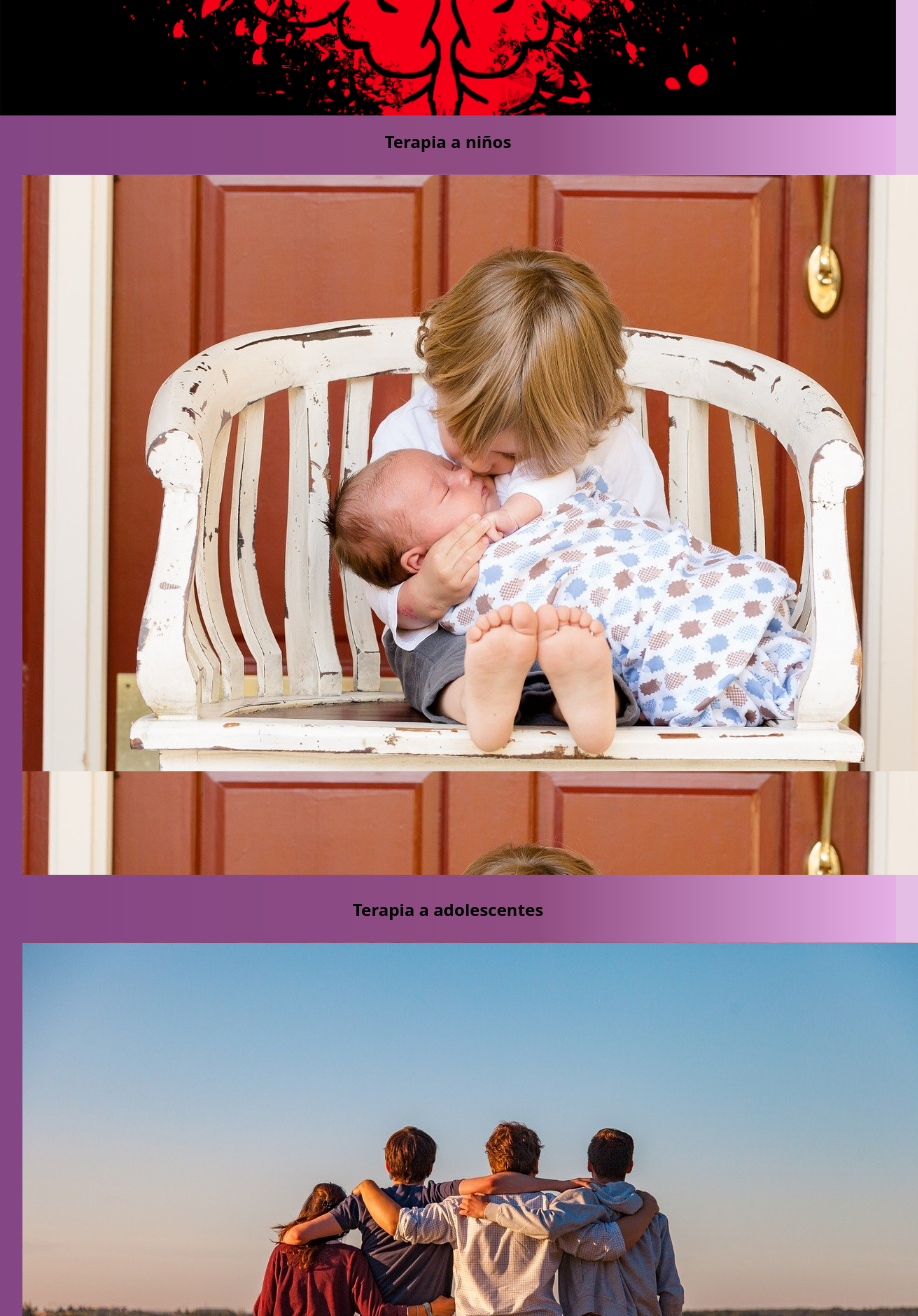
Repository: Jogalso/webPsicologa
Page: /
An editor plug-in stored every save of this project. The page is shown before and after the next save, followed by the edit.
The browser window is 1280 px wide. The page is 1312 px wide, so the pictures cover 1312 px, including what lies to the right of the window. The pictures show the part of the page from y = 1377 to 3257 px (the page is 5364 px tall before and 5352 px after), at 70% of full size.
Backgrounds fixed to the window are drawn as part of the page. The project was rebuilt for these pictures with package versions that can differ from the ones it lists, and the page was loaded fresh each time. Some packages were replaced by stand-ins written for this rebuild. The framework's server and built-in components were replaced by stand-ins that run in the browser.

Above is the page before, as saved 2021-07-13 10:06:08.

### pages/index.js
import React from 'react'
import Layout from '../components/Layout'

import Header from '../components/Header'
import Terapias from '../components/Terapias'
import FormularioContacto from '../components/FormularioContacto'

export default function index() {
    return (
        <div>
            <Layout>
                <Header />
                <Terapias />
                <FormularioContacto />
            </Layout>
        </div>
    )
}

### components/Layout.jsx
('use strict')
import Link from 'next/link';
import Head from 'next/head';
import React from 'react'

function Layout(props) {
    const {children, title} = props;
    return <div>
    <Head >
    <title>Terapia Gestalt: {title}</title>
        <meta name="viewport" content="width=device-width, initial-scale=1"></meta>
    </Head>
    {/* <header>
    <Link href={vuelta} activeClassName="active">
                <a className="headerLink">
                    <img className="header_Img" src="../imagenes/back.png" />
                </a>
            </Link>
    <Link href="/">
                <a className="headerLink">
                <img  className="header_Img" src="../imagenes/home.png" />
                </a>
    </Link>

    </header> */}
        {children}
    <style jsx global>
    {`
    html{
        background: #E5BEE6;
        margin: 0px;
    }
    `}
    </style>
    <style jsx global>
        { `
           body{
               margin: 0px;
               font-family: system-ui;
           }
        `}
    </style>
</div>
}

export default Layout

### components/Header.jsx
import React from 'react'
//#844685
export default function Header() {
    return (
        <div>
            <div className="Header">
                <p className="InfoTerapetua">
                    <img className="InfoTerapetua__img" src="../imagenes/principal.png" />
                    <h2>Feli Scott Corbera</h2>
                </p>
            </div>

            <style>
                {`
                    .Header{
                        background: linear-gradient(90deg, #844685 0, #904D82 60%, #E5AFE6);
                        display: flex;
                        justify-content: left;
                        border-bottom-right-radius: 3em;
                        border-bottom-left-radius: 3em;
                    }
                    .InfoTerapetua{
                        margin-left: 3em;
                    }
                    .InfoTerapetua__img{
                        height: 8em;
                        width: auto;
                    }
                `}
            </style>
        </div>
    )
}

### components/Terapias.jsx
import React from 'react'

export default function Terapias() {
    return (
        <div>
            <div className="Terapias">
                <div className="Terapia__titulo">
                    <h1>Terapia Gelstat</h1>
                    <p></p>
                    <img className="Terapias__img" src="../imagenes/ILoveGestalt.png"/>
                </div>
                <div className="Terapia_modalidades">
                    <h2>Terapia a adultos</h2>
                    <div className="TerapiaPersonal"></div>

                    <h2>Terapia a niños</h2>
                    <div className="TerapiaNiños"></div>

                    <h2>Terapia a adolescentes</h2>
                    <div className="TerapiaAdolescentes"></div>

                    <h2>Terapia familiar</h2>
                    <div className="TerapiaFamiliar"></div>
                </div>
            </div>

            <style>
                {`
                    .Terapias{
                        background: linear-gradient(90deg, #844685 0, #904D82 60%, #E5AFE6);
                        border-top-right-radius: 3em;
                        border-top-left-radius: 3em;
                        margin-top: 1em;
                        text-align: center;
                    }
                    .Terapias__img{
                        height: 8em;
                        width: auto;
                    }
                    .Terapia_modalidades{
                        width: 100%;
                    }
                    .TerapiaPersonal{
                        min-height: 1000px;
                        background-image: url("../imagenes/heart_1920.png");
                        background-repeat: no-repeat;
                        background-size: cover;
                        background-attachment: fixed;
                        background-position: right center;
                        margin-top: 2em;
                    }
                    .TerapiaNiños{
                        width: 100%;
                        min-height: 1000px;
                        background-image: url("../imagenes/niños_1280.jpg");
                        background-repeat: no-repeat;
                        background-size: cover;
                        background-attachment: fixed;
                        background-position: right center;
                        margin: 2em;
                    }
                    .TerapiaAdolescentes{
                        width: 100%;
                        min-height: 1000px;
                        background-image: url("../imagenes/jovenes_1280.jpg");
                        background-repeat: no-repeat;
                        background-size: cover;
                        background-attachment: fixed;
                        background-position: right center;
                        margin: 2em;
                    }
                    .TerapiaFamiliar{
                        width: 100%;
                        min-height: 1000px;
                        background-image: url("../imagenes/familias_1280.jpg");
                        background-repeat: no-repeat;
                        background-size: cover;
                        background-attachment: fixed;
                        background-position: right center;
                        margin: 2em;
                    }

                `}
            </style>
        </div>
    )
}

### components/FormularioContacto.jsx
import React from 'react'

import {useField} from '../hooks/useField'

const FormularioContacto = () => {

    //estado del nombre de usuario para login
    const {
        value: valueNombre,
        setValue: setValueNombre,
        errors: errorsNombre, //esta variable debe contener un String para mostrarlo como mensaje de validacion personalizado en los input text agnosticos
        addError: addErrorNombre, //metodo para añadir o concatener nuevos mensajes al String de errorsNombre
      } = useField({ initialValue: ' ' });

    const {
        value: valueEmail,
        setValue: setValueEmail,
        errors: errorsEmail, //esta variable debe contener un String para mostrarlo como mensaje de validacion personalizado en los input text agnosticos
        addError: addErrorEmail, //metodo para añadir o concatener nuevos mensajes al String de errorsNombre
      } = useField({ initialValue: ' ' });

    const {
        value: valueTelefono,
        setValue: setValueTelefono,
        errors: errorsTelefono, //esta variable debe contener un String para mostrarlo como mensaje de validacion personalizado en los input text agnosticos
        addError: addErrorTelefono, //metodo para añadir o concatener nuevos mensajes al String de errorsNombre
      } = useField({ initialValue: ' ' });

    const {
        value: valueMotivo,
        setValue: setValueMotivo,
        errors: errorsMotivo, //esta variable debe contener un String para mostrarlo como mensaje de validacion personalizado en los input text agnosticos
        addError: addErrorMotivo, //metodo para añadir o concatener nuevos mensajes al String de errorsNombre
      } = useField({ initialValue: ' ' });

    //metodo de adicion de errores
    const onFieldError = React.useCallback(
        ({ message, path }) => {
          switch (path[0]) {
            case "nombre":
                addErrorNombre(e.target.value)
                break;
            case "email":
                addErrorEmail(e.target.value)
                break;
             case "telefono":
                addErrorTelefono(e.target.value)
                break;
             case "motivo":
                addErrorMotivo(e.target.value)
                break;
          }
        },
        [addErrorNombre, addErrorEmail, addErrorTelefono, addErrorMotivo]
      );
    //metodo para el manejo del cambio de datos en los campos
    const handleChange = (e) => {
        switch (e.target.name){
           case "nombre":
               setValueNombre(e.target.value)
               break;
           case "email":
               setValueEmail(e.target.value)
               break;
            case "telefono":
                setValuePais(e.target.value)
                break;
            case "motivo":
                setValueMotivo(e.target.value)
                break;
       }
   }

    const onSubmit = (e) => {
        e.preventDefault();
        fetch('/api/send-email', {
          method: 'POST',
          headers: { 'Content-Type': 'application/json' },
          body: JSON.stringify({ nombre: valueNombre, email: valueEmail, telefono: valueTelefono, motivo: valueMotivo })
        });
        alert("Contact email has been sent successfully")
        window.location.href= "/";
    }
    return (

            <React.Fragment>
                <div className="container">
                    <div className="banner" />
                    <div className="formulario">
                        <form
                            className="ContactForm"
                            onSubmit={onSubmit}
                        >
                            <div className="titulo">
                                <span className="Titulo">Contacto</span>
                            </div>
                            <div className="inputs">
                                <div className="contenedorInput">
                                    <span>Nombre</span>
                                    <input
                                        name="nombre"
                                        type="text"
                                        required="true"
                                        title="Tu nombre y apellidos, para saber como dirigirnos a ti"
                                        className="nombre"
                                        onChange={handleChange}
                                    />
                                </div>
                                <div className="contenedorInput">
                                    <span>Correo Electronico</span>
                                    <input
                                        name="email"
                                        type="email"
                                        title="Un correo electronico que se de tu uso habitual"
                                        required="true"
                                        className="email"
                                        onChange={handleChange}
                                    />
                                </div>
                                <div className="contenedorInput">
                                    <span>Telefono</span>
                                    <input
                                        name="nombre"
                                        type="tel"
                                        pattern="[ +][0-9]{3} [0-9]{3} [0-9]{2} [0-9]{2} [0-9]{2}"
                                        title="Un numero de telefono con la posibilidad de +000 de la procedencia, seguido de 9 digitos entre el 0 al 9"
                                        required="true"
                                        className="nombre"
                                        onChange={handleChange}
                                    />
                                </div>
                            </div>
                            <div className="containerMotivo">
                                <span className="spanMotivo">Motivo</span>
                                <textarea
                                    name="motivo"
                                    type="text"
                                    title="Explicar brevemente el motivo de contacto"
                                    className="inputFormMotivo"
                                    onChange={handleChange}
                                />
                                </div>
                            <div className="boton">
                                <button
                                    className="submitForm"
                                >
                                    Enviar
                                </button>
                            </div>
                        </form>
                    </div>
                    <div className="banner" />
                </div>

                <style jsx>
                    {`
                       .container{
                           width: 100%;
                           display: flex;
                           background:linear-gradient(90deg, #844685 0, #904D82 60%, #E5AFE6);
                           color: white;
                       }
                       .formulario{
                           display: flex;
                           justify-content: center;
                           text-align: center;
                           width: 70%;
                       }
                       .banner{
                         width: 25%;
                        }
                        .inputs{
                            display: flex;
                        }
                        .inputs div {
                            text-align: center;
                            margin: 10px;
                            padding: 20px;
                            font-size: 30px;
                        }
                        .inputs span{
                            font-family: 'RymanEco';
                        }
                        .contenedorInput{
                            display: grid;
                            jusfify-content: center;
                            margin: auto;
                        }
                       .Titulo{
                            font-family: 'RymanEco';
                            padding-top: 1rem;
                            display: flex;
                            justify-content: center;
                            font-size: 3em;
                       }
                       input{
                           padding: 0.8em;
                           text-rendering: optimizeLegibility;
                       }
                       .email{
                           width: 30em;
                       }
                       .containerMotivo{
                           display: grid;
                           max-width: 100%;
                           justify-content: center;
                       }
                       .containerMotivo span{
                            font-size: 30px;
                            font-family: 'RymanEco';
                       }
                       .inputFormMotivo{
                            max-width: 100%;
                            width: 60em;
                            height: 10em;
                            text-rendering: optimizeLegibility;
                            padding: 0.8em;
                            resize: none;
                            border-radius: 4px;
                            border: 2px solid #ccc;
                       }
                       .submitForm{
                            box-sizing: border-box;
                            color: #fff;
                            cursor: pointer;
                            display: inline-block;
                            border: none;
                            display: block;
                            margin-left: auto;
                            margin-right: auto;
                            margin-bottom: 2em;
                            margin-top: 2em;
                            background-color: #0a8ecd;
                            box-shadow: 0 2px 13px 0 rgba(4,116,186,0.5);
                            border-radius: 0 3px 3px 0;
                            flex-shrink: 0;
                            padding: 10px 1rem;
                            height: 50px;
                            margin-bottom: 25px;
                            font-size: 1.2rem;
                       }
                       @media only screen and (max-width: 1600px){
                            .email{
                                width: 20em;
                            }
                        }
                        @media only screen and (max-width: 1400px){
                            .banner{
                                width: 15%;
                            }
                        }
                        @media only screen and (max-width: 1200px){
                            .banner{
                                width: 5%;
                            }
                            .formulario{
                                width: 90%;
                            }
                        }
                        @media only screen and (max-width: 1000px){
                            .banner{
                                width: 0%;
                            }
                            .formulario{
                                width: 100%;
                            }
                        }
                        @media only screen and (max-width: 900px){
                            .formulario{
                                width: 100%;
                                justify-content: center;
                            }
                            .ContactForm{
                                max-width: 100%;
                            }
                            .inputs{
                                flex-direction: column;
                                margin: auto;
                            }
                            .email{
                                width: 100%;
                                max-width: 100%;
                            }
                            .nombre{
                                width: 100%;
                                max-width: 100%;
                            }
                            .containerMotivo{
                                display; flex;
                                flex-direction: column;
                            }
                            .inputFormMotivo{
                                width: 30em;
                                max-width: 90%;
                                margin-left: 2em;
                            }
                        }
                        @media only screen and (max-width: 600px){
                            .inputFormMotivo{
                                width: 20rem;
                            }
                        }
                        @media only screen and (max-width: 420px){
                            .inputs{
                                max-width: 80%;
                            }
                            .inputFormMotivo{
                                width: 15rem;
                                max-width: 80%;
                                margin-left: 1em;s
                            }
                        }
                    `}
                </style>
            </React.Fragment>
    )
}

export default FormularioContacto

### hooks/useField.js
import React, {useState, useReducer} from 'react'
const errorInicial = [ ]
function adder(errors, action) {
    return errors.join(action.message)
}
export function useField({ initialValue }) {

    const [value, setValue] = useState(initialValue)
    const [errors, addError] = useReducer(adder, errorInicial)

    return { value, setValue, errors, addError}
}

After the next save:
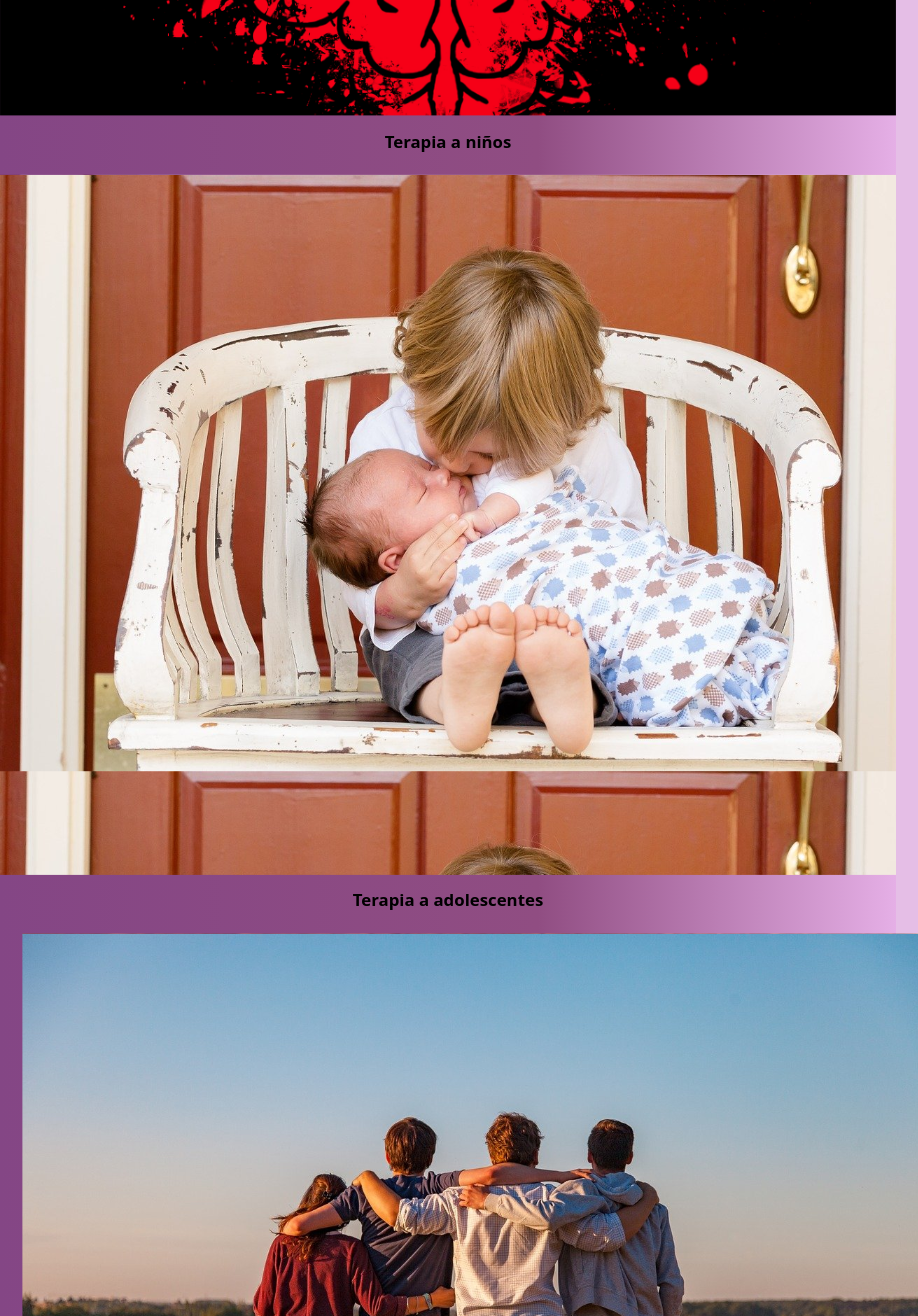
Saved 18 s later.
--- a/components/Terapias.jsx
+++ b/components/Terapias.jsx
@@ -50,14 +50,13 @@ export default function Terapias() {
                         margin-top: 2em;
                     }
                     .TerapiaNiños{
-                        width: 100%;
                         min-height: 1000px;
                         background-image: url("../imagenes/niños_1280.jpg");
                         background-repeat: no-repeat;
                         background-size: cover;
                         background-attachment: fixed;
                         background-position: right center;
-                        margin: 2em;
+                        margin-top: 2em;
                     }
                     .TerapiaAdolescentes{
                         width: 100%;
